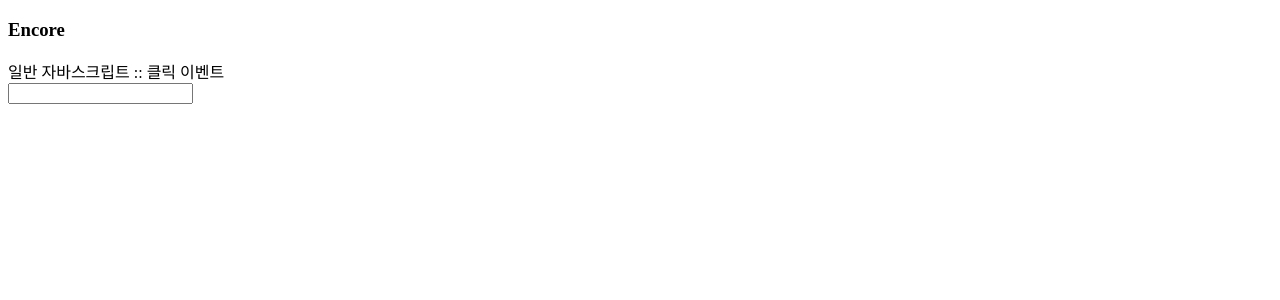
Repository: KangHoi/encore_vueWorkspace
Page: vue02_Methods/WebContent/vue03_$data.html
An editor plug-in stored every save of this project. The page is shown before and after the next save, followed by the edit.
The browser window is 1280 px wide. The pictures show the whole page.

Above is the page before, as saved 2021-07-09 01:08:44.

After the next save:
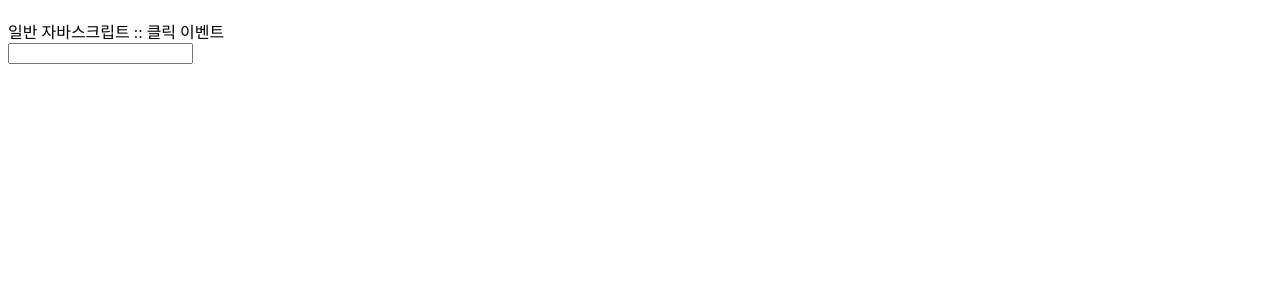
Console error: SyntaxError: Unexpected token 'this'
Saved 2 min 54 s later.
--- a/vue02_Methods/WebContent/vue03_$data.html
+++ b/vue02_Methods/WebContent/vue03_$data.html
@@ -30,6 +30,10 @@
 			//app.$data.title=name;
 			app.title=name;
 		}
+
+		function hello2(this){
+			app.title=this;
+		}
 	</script>
 </body>
 </html>

After the save that followed:
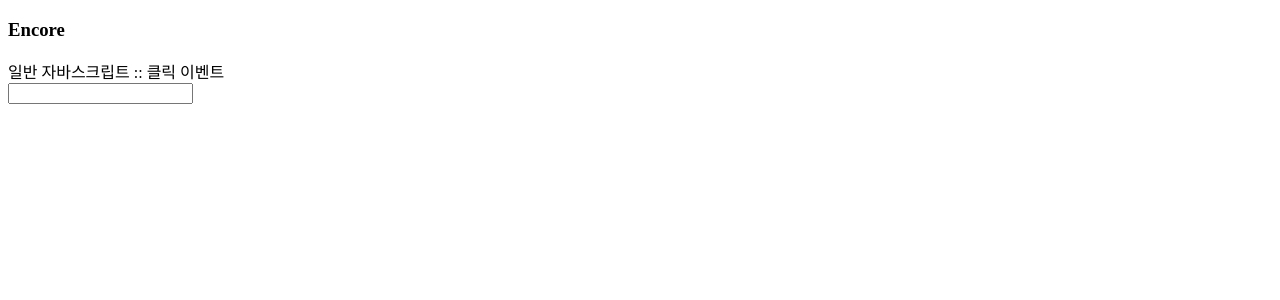
The error is gone.
Saved 2 min 9 s later.
--- a/vue02_Methods/WebContent/vue03_$data.html
+++ b/vue02_Methods/WebContent/vue03_$data.html
@@ -31,8 +31,8 @@
 			app.title=name;
 		}
 
-		function hello2(this){
-			app.title=this;
+		function hello2(greet){
+			app.title=gree;
 		}
 	</script>
 </body>
